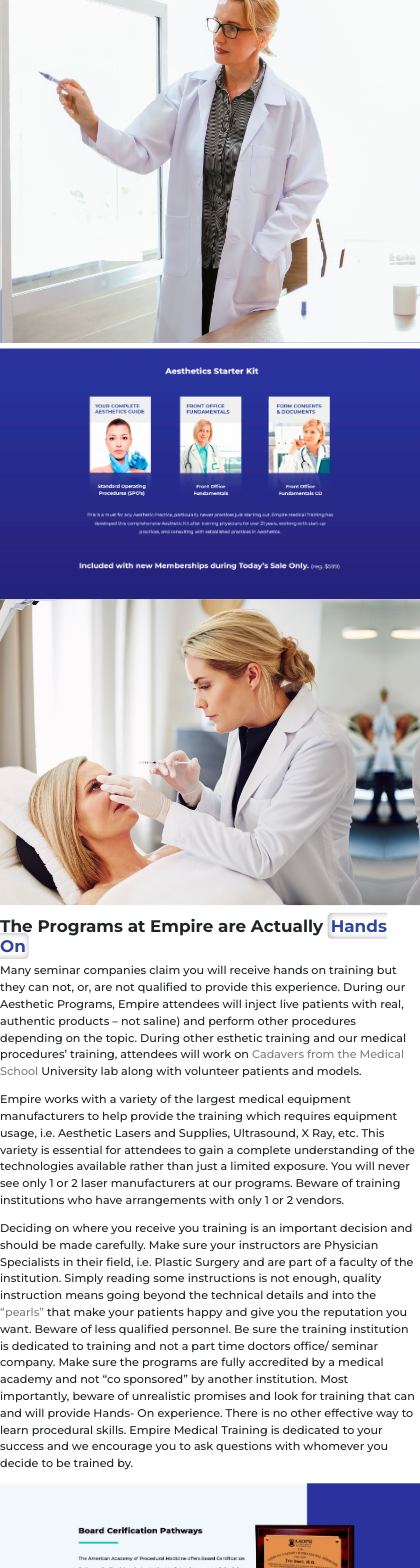
Repository: jorgi710/BODY-CONTOURING-INJECTABLES-AND-ADJUNCT-PROCEDURES
Page: our quarantee/file/public/index.html
These files come from the project's save history. The page is drawn as it stood at one moment and after the next save; the edit follows.
The browser window is 600 px wide. The pictures show the part of the page from y = 4260 to 6500 px (the page is 6837 px tall before and 6845 px after), at 70% of full size.

Above is the page before, as saved 2021-04-07 00:08:34.

After the next save:
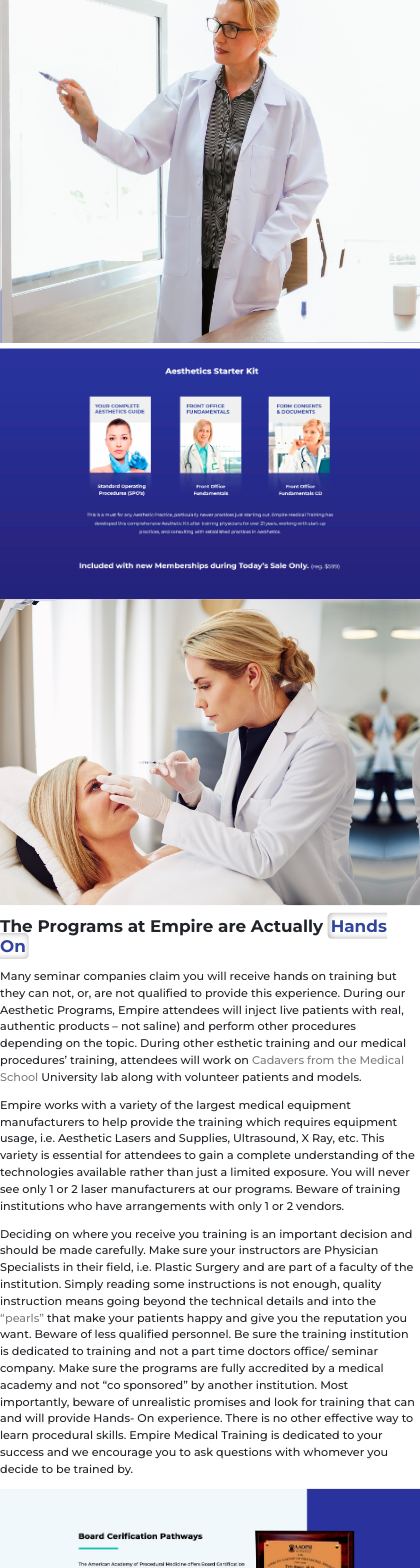
Saved 11 s later.
--- a/our quarantee/file/public/css/style.css
+++ b/our quarantee/file/public/css/style.css
@@ -348,6 +348,6 @@
   }
   .section_5 .row .col-md-6 h1 {
     font-size: 1.5rem;
-    margin-top: 1rem;
-  }
-}
+    margin: 1rem 0;
+  }
+}
